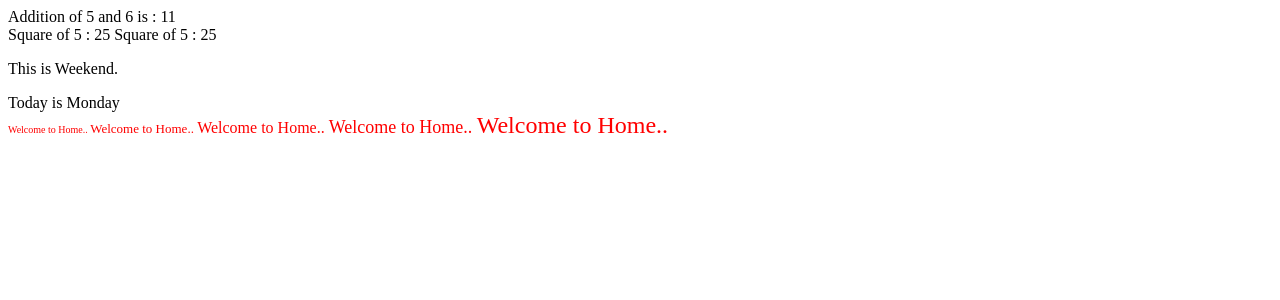
Repository: Shivanishinde8225/User-Managment-System
Page: http://localhost/JspDemo/Demo.jsp
An editor plug-in stored every save of this project. The page is shown before and after the next save, followed by the edit.
The browser window is 1280 px wide. The pictures show the whole page.
The page is served by Tomcat 9.

Above is the page before, as saved 2023-04-01 05:48:50.

After the next save:
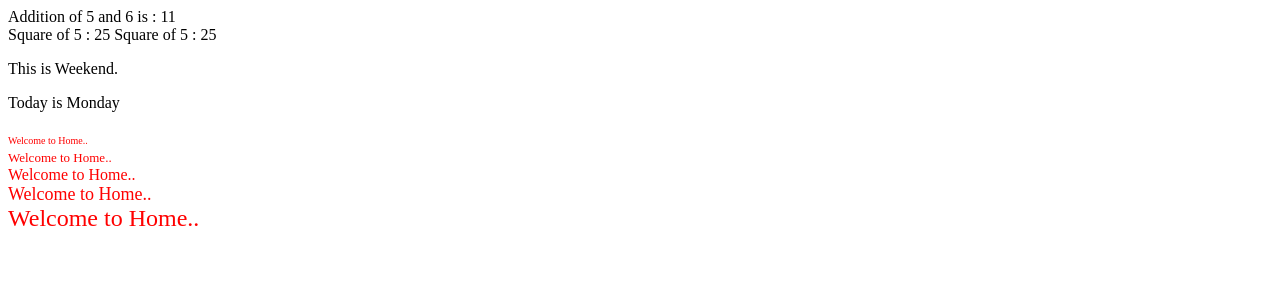
Saved 28 s later.
--- a/JspDemo/webapp/Demo.jsp
+++ b/JspDemo/webapp/Demo.jsp
@@ -58,7 +58,7 @@
 		out.print("invalid input");
 	} %><br>
 
-	<%for(int  i = 1; i <= 5; i++){%>
+	<%for(int  i = 1; i <= 5; i++){%><br>
 		<font color = "red" size= "<%=i%>">
 		Welcome to Home..
 		</font>
